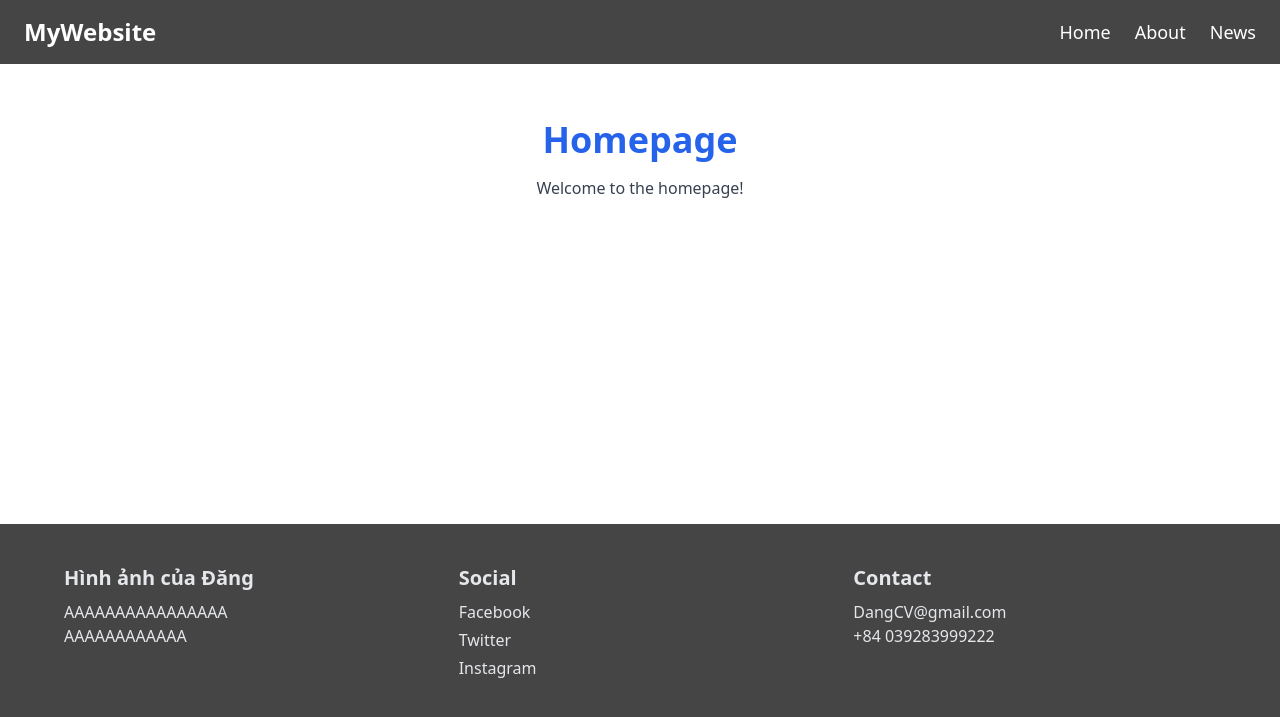
Repository: ultrakhaicraft/PRN232-Website-Showcase
Page: / (app in PRN232/)
An editor plug-in stored every save of this project. The page is shown before and after the next save, followed by the edit.
The browser window is 1280 px wide. The pictures show the whole page.
The project was rebuilt for these pictures with package versions that can differ from the ones it lists, and the page was loaded fresh each time. Also part of the build but not shown: PRN232/vite.config.js, PRN232/src/pages/About.jsx, PRN232/src/pages/News.jsx.

Above is the page before, as saved 2025-09-17 18:25:04.

After the next save:
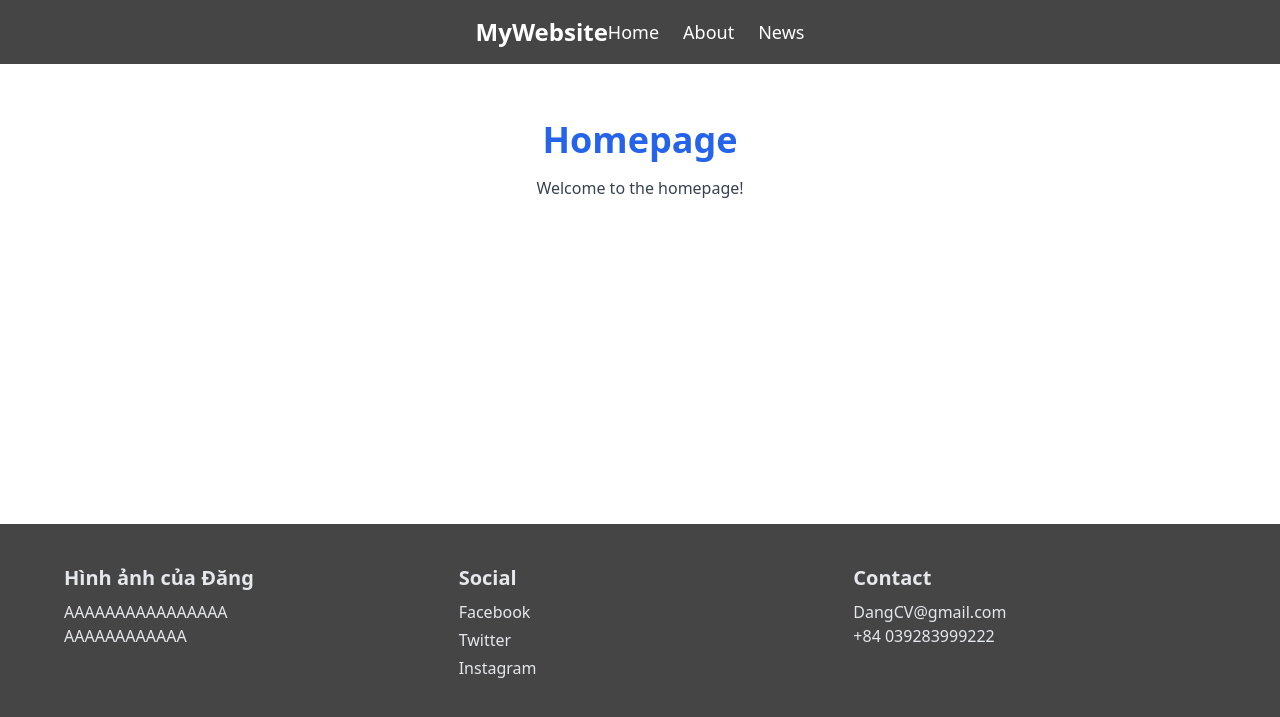
Saved 32 s later.
--- a/PRN232/src/components/Narbar.jsx
+++ b/PRN232/src/components/Narbar.jsx
@@ -3,7 +3,7 @@
 
 function Navbar() {
   return (
-    <nav className="flex items-center justify-between px-6 py-4 text-white bg-[#454545]">
+    <nav className="flex items-center justify-center px-6 py-4 text-white bg-[#454545]">
       {/* Logo */}
       <div className="text-2xl font-bold">
         <Link to="/">MyWebsite</Link>

After the save that followed:
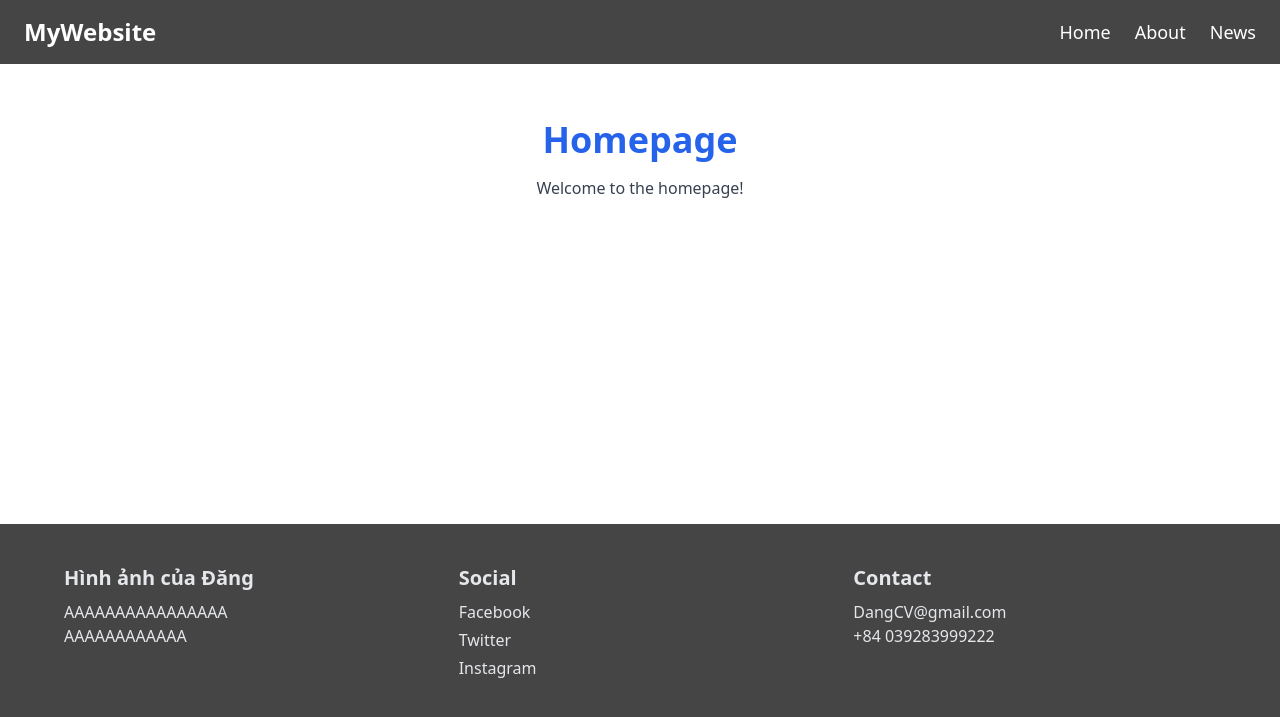
Saved 15 s later.
--- a/PRN232/src/components/Narbar.jsx
+++ b/PRN232/src/components/Narbar.jsx
@@ -3,7 +3,7 @@
 
 function Navbar() {
   return (
-    <nav className="flex items-center justify-center px-6 py-4 text-white bg-[#454545]">
+    <nav className="flex items-center justify-between px-6 py-4 text-white bg-[#454545]">
       {/* Logo */}
       <div className="text-2xl font-bold">
         <Link to="/">MyWebsite</Link>
